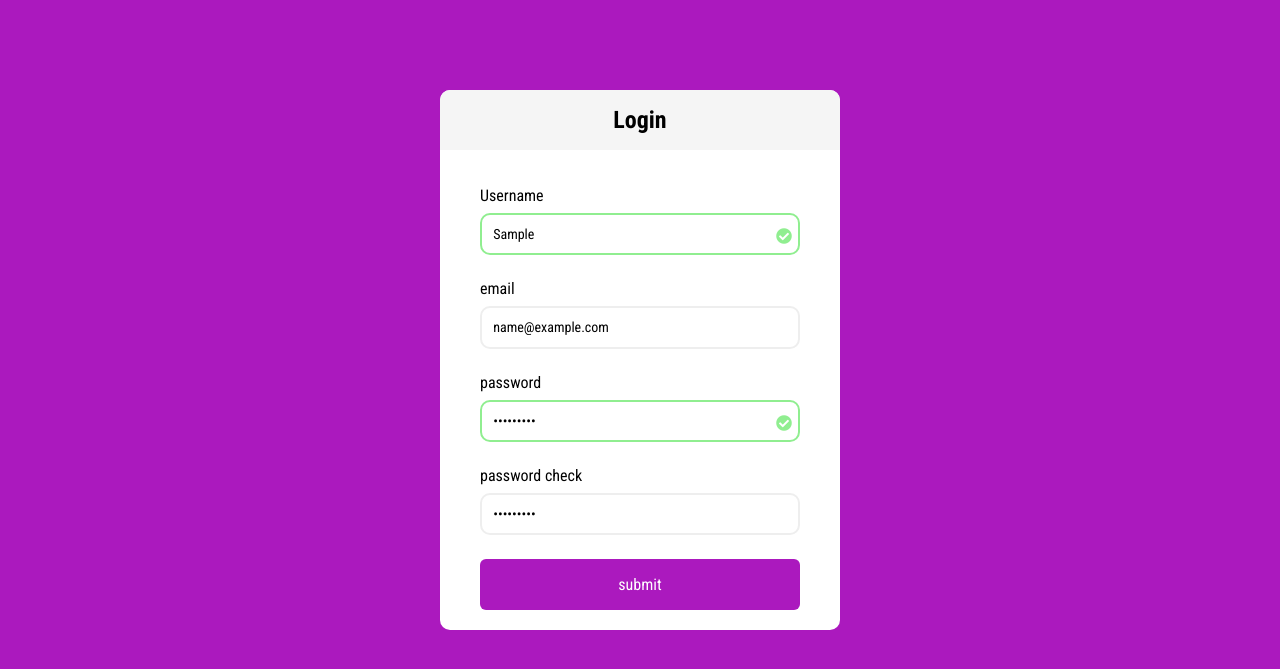
Repository: Abdoulrhman-altyeb/form-_validation-
Page: index.html
The author's editor kept a copy of each file at every save. The page is drawn from the files as they stood at one save, then again after the next save.
The browser window is 1280 px wide. The pictures show the whole page.
Empty fields were first filled with sample values (such as "Sample", 5 or name@example.com).
After loading, the first visible `form.form` was submitted once.

Above is the page before, as saved 2021-05-23 21:16:00.

After the next save:
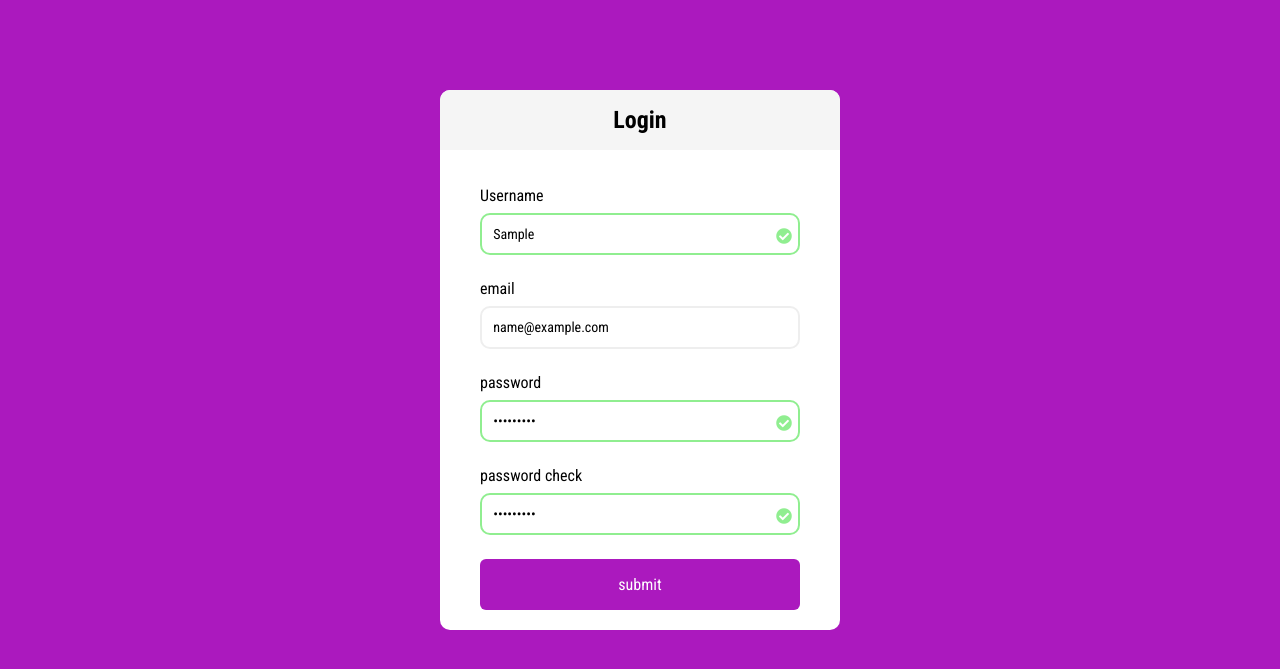
Saved 6 s later.
--- a/script.js
+++ b/script.js
@@ -22,10 +22,11 @@ const checkInput = (e) => {
     }else {
         setSucces(password)
     }
-    if (passowrdValue <= 0) {
-        setError(password,'the password can not be blank')
+
+    if (password2Value <= 0) {
+        setError(password2,'the password can not be blank')
     }else {
-        setSucces(password)
+        setSucces(password2)
     }
 }
 
